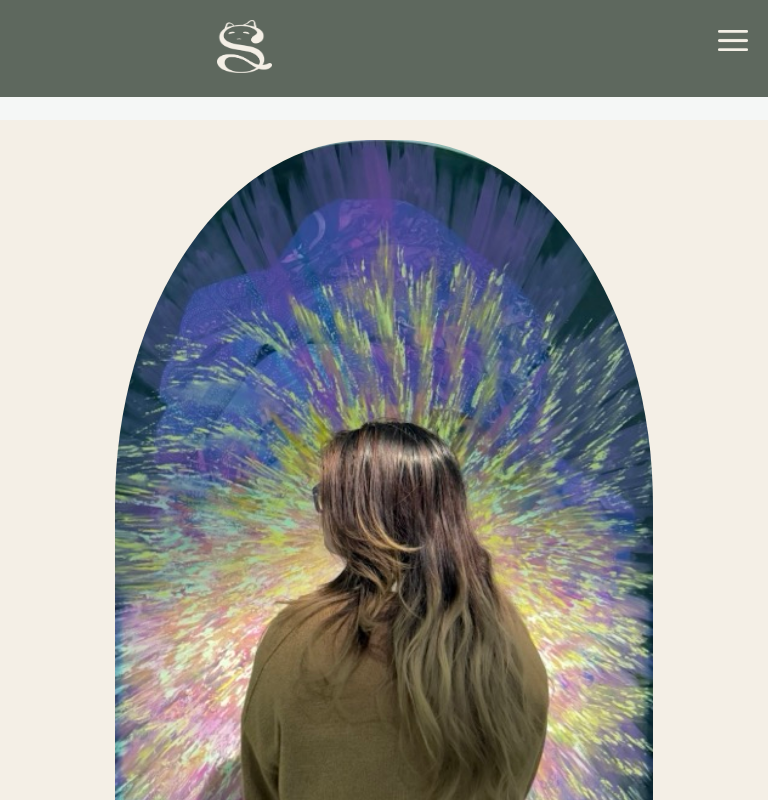
Repository: SandyLy453/portfolio
Page: /
An editor plug-in stored every save of this project. The page is shown before and after the next save, followed by the edit.
The browser window is 768 px wide. The pictures show the whole page.
An inner scrolling area shows only its first screen. The project was rebuilt for these pictures with package versions that can differ from the ones it lists, and the page was loaded fresh each time. The framework's server and built-in components were replaced by stand-ins that run in the browser. Also part of the build but not shown: next.config.mjs, modules/Footer/Footer.module.css, modules/Footer/Footer.js, modules/ProjectCard/ProjectCard.module.css, modules/ProjectCard/Projectcard.js.

Above is the page before, as saved 2025-02-17 17:18:21.

After the next save:
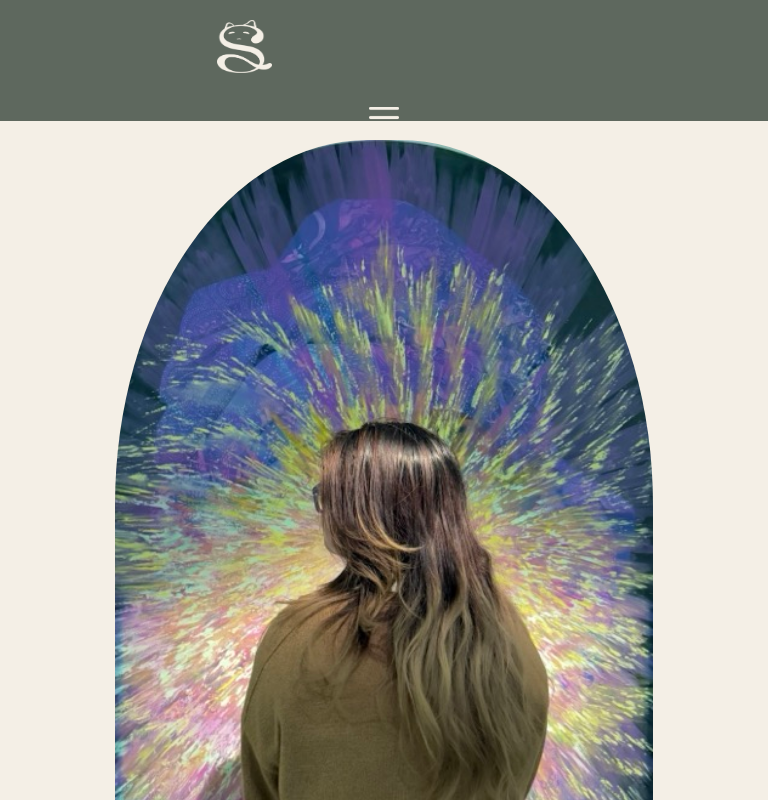
Saved 16 s later.
--- a/modules/Header/Header.module.css
+++ b/modules/Header/Header.module.css
@@ -79,8 +79,8 @@
 
     .hamburger {
         display: block;
-        position: absolute;
-        right: 20px;
+        position: relative;
+        right: 0px;
         top: 30px;
         z-index: 10;
     }
